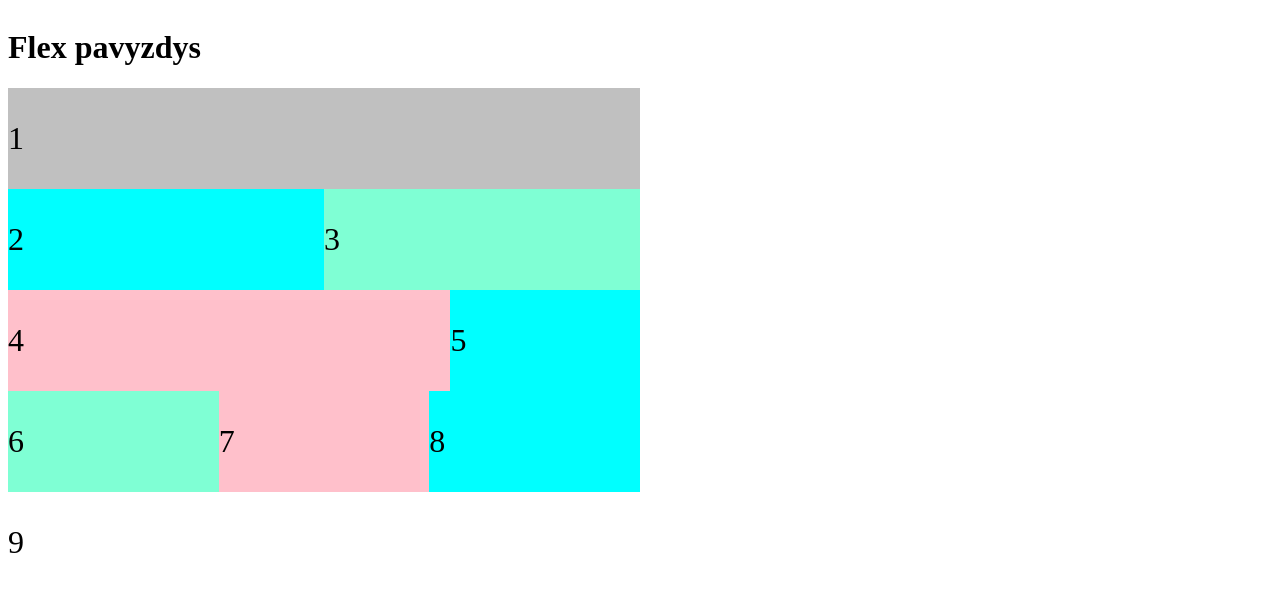
Repository: motiejus1/06-paskaita-invest
Page: index.html
An editor plug-in stored every save of this project. The page is shown before and after the next save, followed by the edit.
The browser window is 1280 px wide. The pictures show the whole page.

Above is the page before, as saved 2021-06-09 19:34:01.

### index.html
<!DOCTYPE html>
<html lang="en">
<head>
    <meta charset="UTF-8">
    <meta http-equiv="X-UA-Compatible" content="IE=edge">
    <meta name="viewport" content="width=device-width, initial-scale=1.0">
    <title>Sesta paskaita</title>
    <style>

* {
            box-sizing: border-box;
        }

        .col-1 {
            width: 8.33%;
        }

        .col-2 {
            width: 16.66%;
        }

        .col-3 {
            width: 25%;
        }

        .col-4 {
            width: 33.33%;
        }

        .col-5 {
            width: 41.66%;
        }

        .col-6 {
            width: 50%;
        }

        .col-7 {
            width: 58.33%;
        }

        .col-8 {
            width: 66.66%;
        }

        .col-9 {
            width:75%;
        }

        .col-10 {
            width: 83.33%;
        }

        .col-11 {
            width: 91.66%;
        }

        .col-12 {
            width: 100%;
        }

        [class*="col-"] {
            float:left;
        }


        .flex-container {
            display: flex;
            flex-direction:row;
            flex-wrap:wrap;
        }

        .flex-item-1 {
            width: 100%;
            background-color: silver;
        }

        .flex-item-2, .flex-item-3 {
            width: 50%;
        }

        .flex-item-4 {
            width: 70%;
        }

        .flex-item-5 {
            width: 30%;
        }

        .flex-item-6, .flex-item-7, .flex-item-8 {
            width: 33.33%;
        }


        .zydra {
            background-color:aqua;
        }

        .zalsva {
            background-color: aquamarine;
        }

        .rozine {
            background-color: pink;
        }

        p {
            font-size: 32px;
        }

        @media screen and (max-width: 720px) {
            .flex-container {
                flex-direction:column;
                flex-wrap: wrap;
            }

            [class*="flex-item-"] {
                width: 100%;
            }
        }

    </style>
</head>
<body>
    <div class="container">

        <div class="row"> <!--12 stulpeliu  -->
            <div class="col-6"><!-- 12 stulpeliu -->

                <h1>Flex pavyzdys</h1>

                <!--flex -->
                <div class="flex-container">
                    <div class="flex-item-1"><p>1</p></div>
                    <div class="flex-item-2 zydra"><p>2</p></div>
                    <div class="flex-item-3 zalsva"><p>3</p></div>
                    <div class="flex-item-4 rozine"><p>4</p></div>
                    <div class="flex-item-5 zydra"><p>5</p></div>
                    <div class="flex-item-6 zalsva"><p>6</p></div>
                    <div class="flex-item-7 rozine"><p>7</p></div>
                    <div class="flex-item-8 zydra"><p>8</p></div>
                    <div class="flex-item-9"><p>9</p></div>
                    <h1></h1>
                    <!--flex -->
                </div>
            </div>
        </div>




    </div>
</body>
</html>

After the next save:
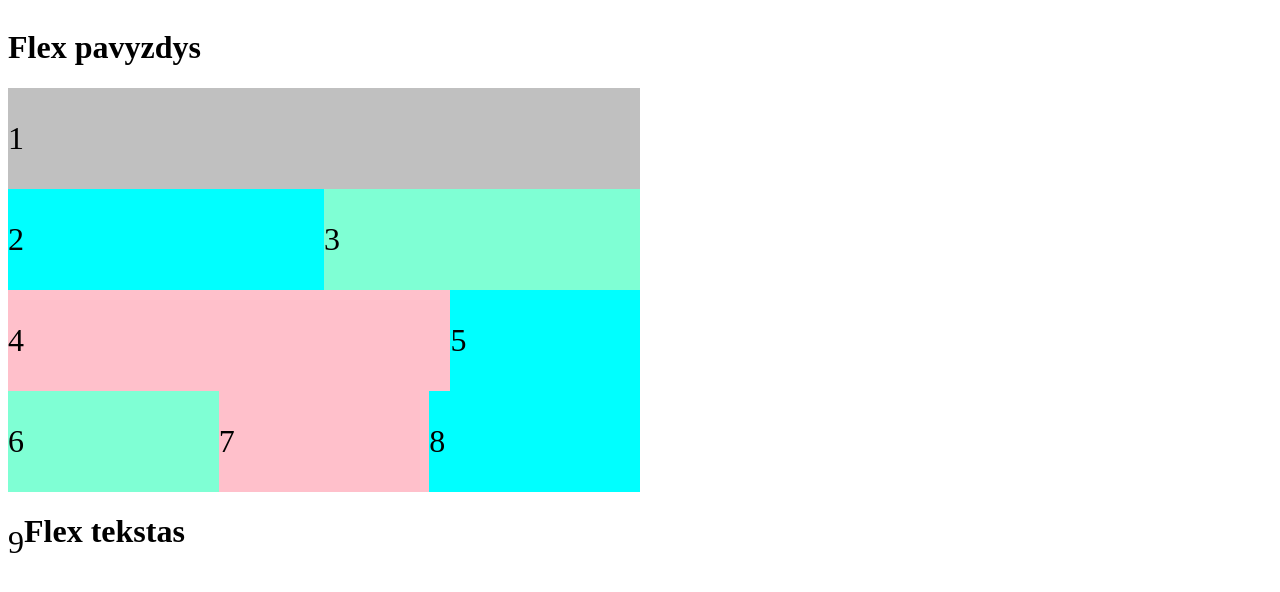
Saved 8 s later.
--- a/index.html
+++ b/index.html
@@ -140,7 +140,7 @@
                     <div class="flex-item-7 rozine"><p>7</p></div>
                     <div class="flex-item-8 zydra"><p>8</p></div>
                     <div class="flex-item-9"><p>9</p></div>
-                    <h1></h1>
+                    <h1>Flex tekstas</h1>
                     <!--flex -->
                 </div>
             </div>
